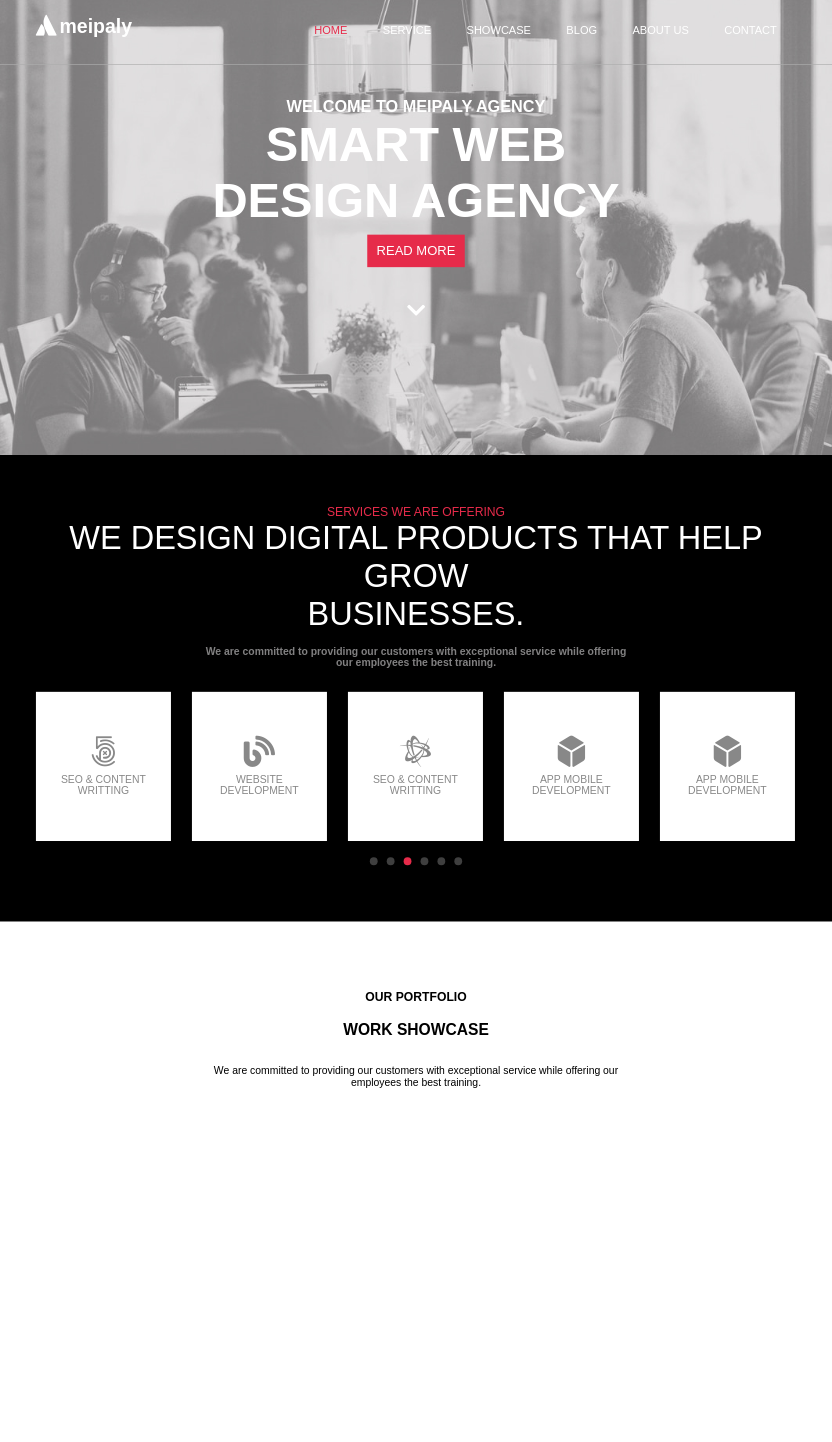
Repository: ToanNguyenThai/Meipaly
Page: index.html
The author's editor kept a copy of each file at every save. The page is drawn from the files as they stood at one save, then again after the next save.
The browser window is 1280 px wide. The pictures show the whole page, at 65% of full size.

Above is the page before, as saved 2021-12-11 00:31:32.

After the next save:
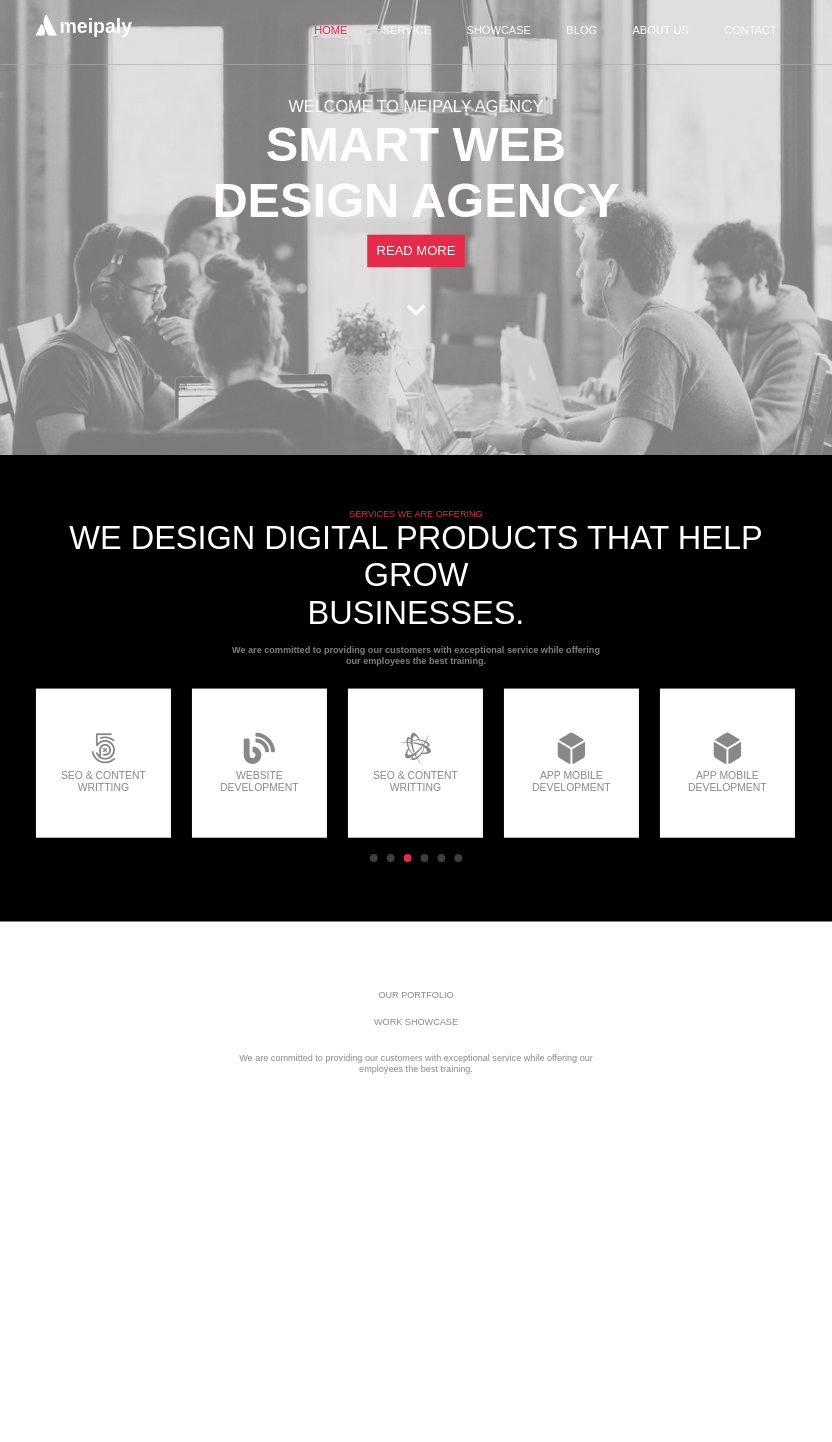
Saved 49 s later.
--- a/css/style.css
+++ b/css/style.css
@@ -192,6 +192,9 @@
 }
 .portfolio__content h1, h3, p {
     text-align: center;
+    font-weight: normal;
+    color: #888888;
+    font-size: 14px;
 }
 .portfolio__content h3{
     margin-top: 105px;
